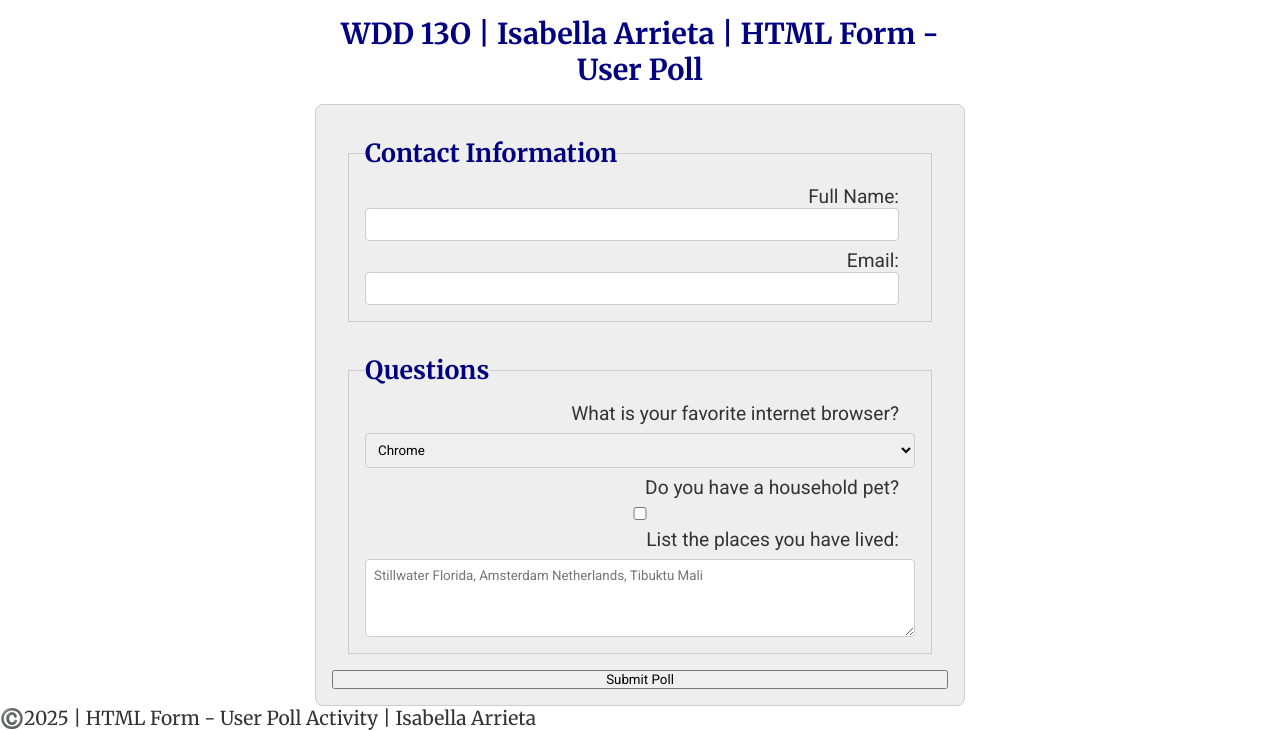
Repository: isaAJ05/wdd130
Page: week05/poll-form.html
The author's editor kept a copy of each file at every save. The page is drawn from the files as they stood at one save, then again after a run of saves.
The browser window is 1280 px wide. The pictures show the whole page.

Above is the page before, as saved 2025-06-14 18:42:13.

After the next 3 saves:
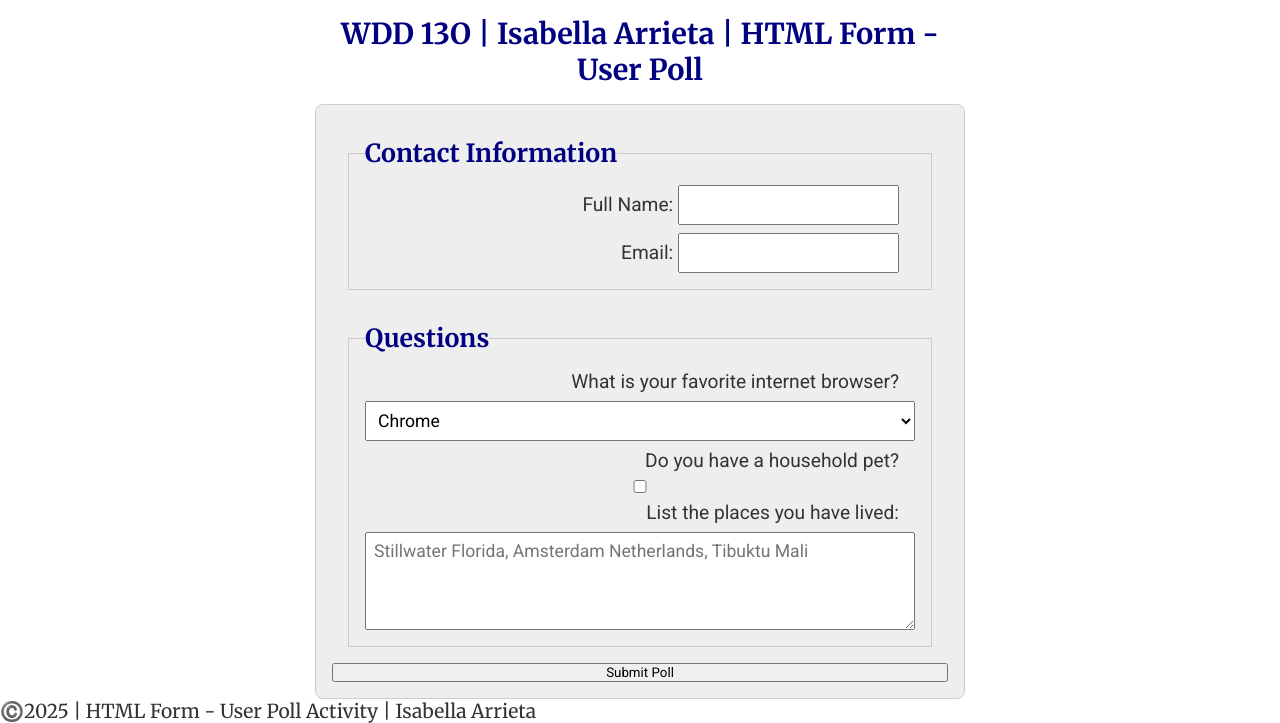
The 3 saves are shown as one change because they came seconds apart.
The last was saved 19 s later.
--- a/week05/styles/poll-form.css
+++ b/week05/styles/poll-form.css
@@ -48,8 +48,6 @@ label {
     padding-right: 1rem;
 }
 input, select, textarea {
-    width: 100%;
     padding: 0.5rem;
-    border: 1px solid #ccc;
-    border-radius: 0.25rem;
+    font-size: 1.1rem;
 }
